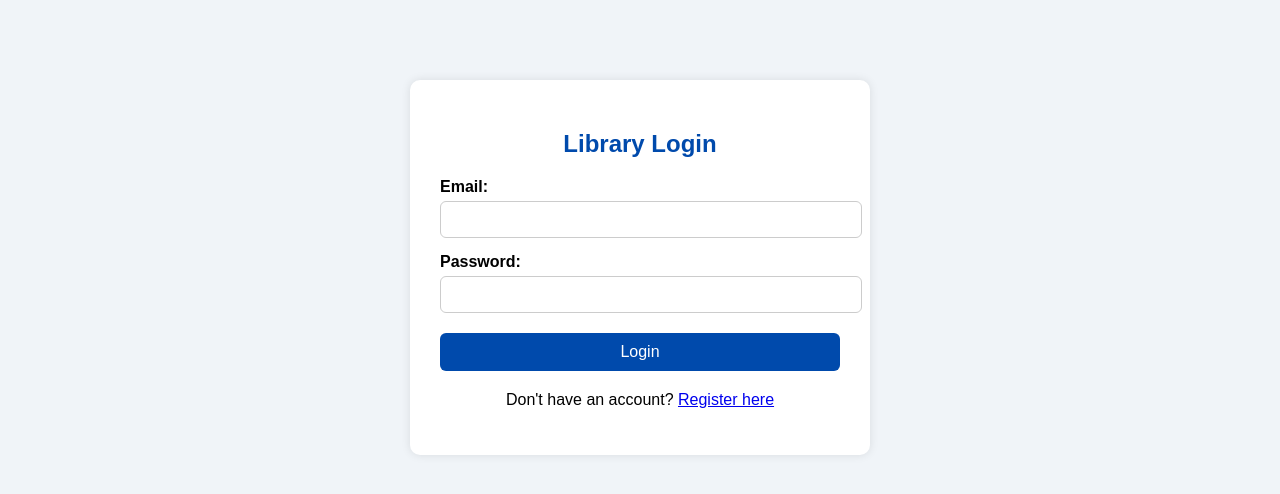
Repository: subhashadhikari057/LibraryManagementSystem
Page: http://localhost/LibraryReservationSystem/jsp/login.jsp
These files come from the project's save history. The page is drawn as it stood at one moment and after the next save; the edit follows.
The browser window is 1280 px wide. The pictures show the whole page.
The page is served by Tomcat 9. Nobody is signed in. The application's start-up code is not run.

Above is the page before, as saved 2025-05-07 18:21:10.

After the next save:
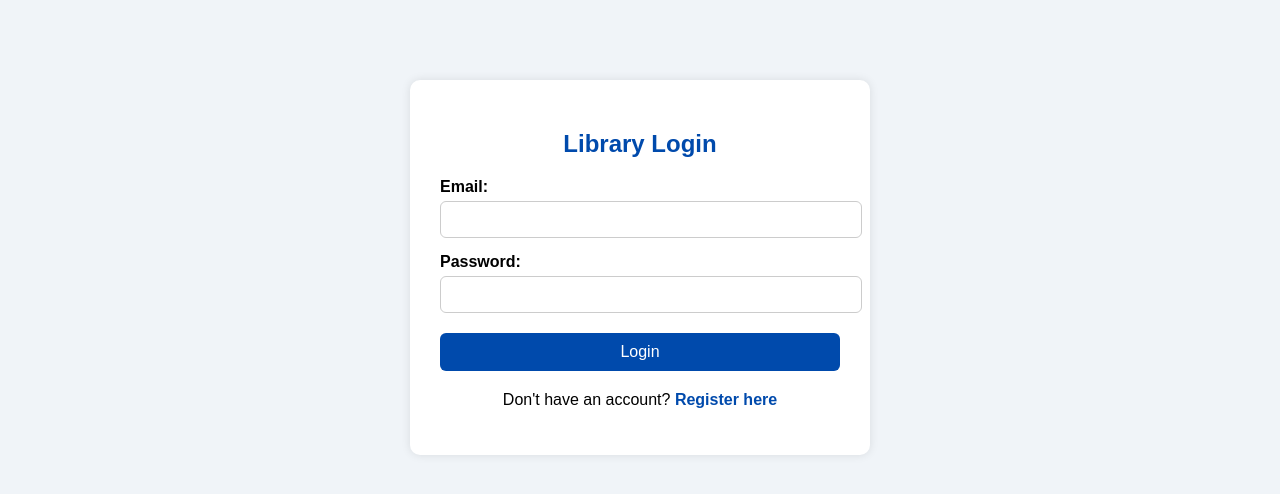
Saved 31 s later.
--- a/LibraryReservationSystem/src/main/webapp/jsp/login.jsp
+++ b/LibraryReservationSystem/src/main/webapp/jsp/login.jsp
@@ -55,6 +55,15 @@
             text-align: center;
             margin-top: 10px;
         }
+        a {
+    color: #004aac;
+    text-decoration: none;
+    font-weight: bold;
+}
+a:hover {
+    text-decoration: underline;
+}
+
     </style>
 </head>
 <body>
